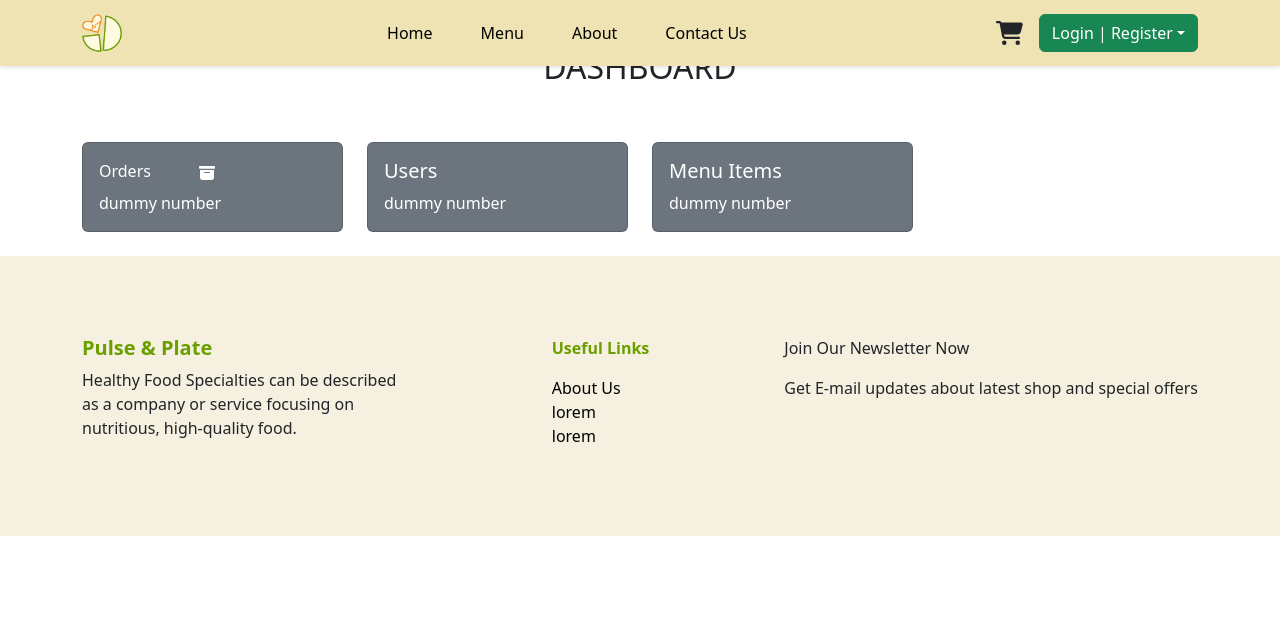
Repository: zeinawady/Pulse-and-Plate
Page: /dashboard
The author's editor kept a copy of each file at every save. The page is drawn from the files as they stood at one save, then again after a run of saves.
The browser window is 1280 px wide. The pictures show the whole page.
The project was rebuilt for these pictures with package versions that can differ from the ones it lists, and the page was loaded fresh each time. Also part of the build but not shown: src/components/Main/Main.css, src/components/Main/Main.js, src/components/Menu/MealCard.css, src/components/Menu/MealCard.js, src/components/Menu/Categories.css, src/components/Menu/Categories.js, src/components/Menu/Menu.css, src/components/Menu/Menu.js and 21 more.

Above is the page before, as saved 2025-05-15 18:51:21.

After the next 2 saves:
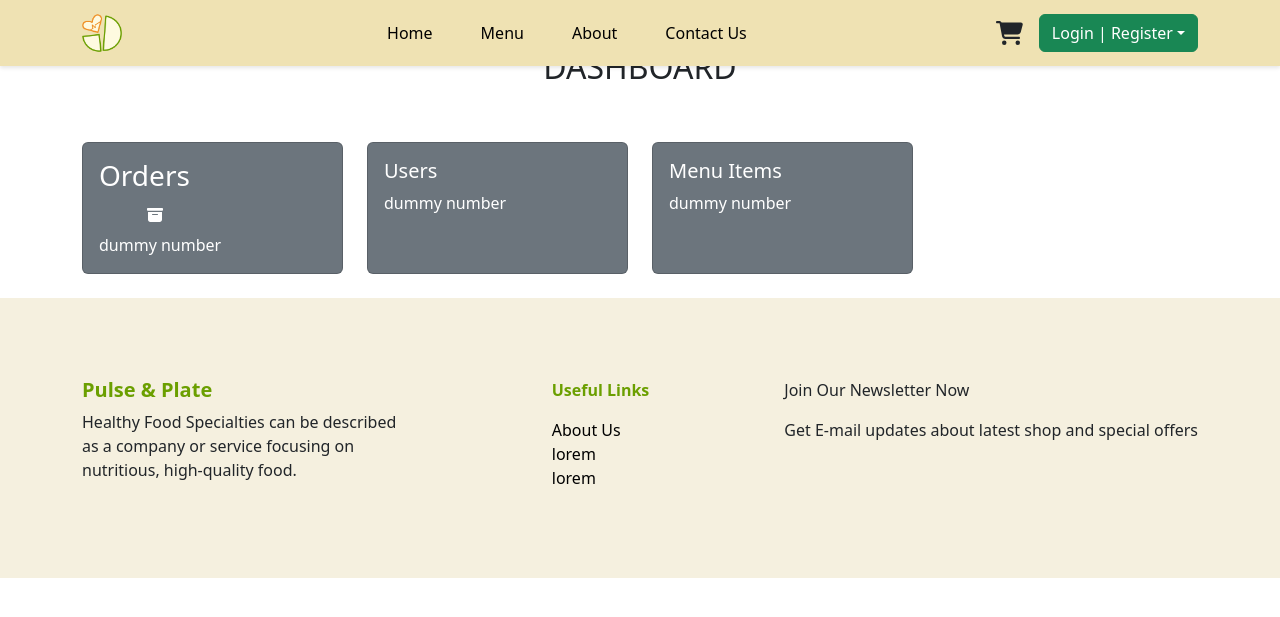
The 2 saves are shown as one change because they came seconds apart.
The last was saved 7 s later.
--- a/src/components/Dashboard/Dashboard.js
+++ b/src/components/Dashboard/Dashboard.js
@@ -14,7 +14,7 @@ export default function Dashboard() {
             <div className="card-body">
               <div className="card-inner">
                 <div className="card-title">
-                  Orders
+                  <h3>Orders</h3>
                   <span className="card_icon px-5">
                     <BsFillArchiveFill />
                   </span>
